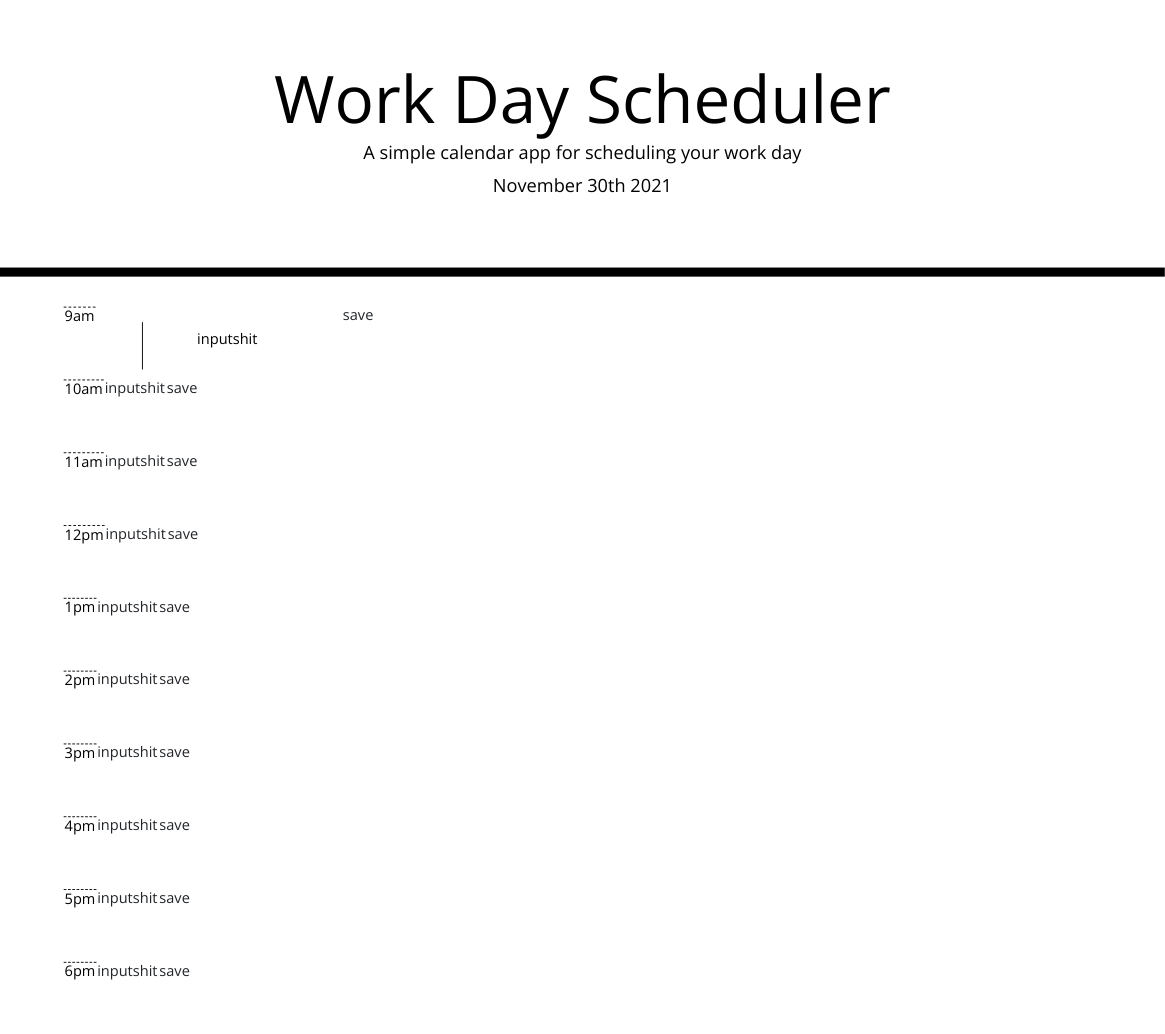
Repository: Naomilounsbury/work-day-scheduler
Page: index.html
These files come from the project's save history. The page is drawn as it stood at one moment and after the next save; the edit follows.
The browser window is 1280 px wide. The pictures show the whole page, at 91% of full size.
Some web libraries are served in a nearby version.

Above is the page before, as saved 2021-11-30 10:59:34.

### index.html
<!DOCTYPE html>
<html lang="en">
  <head>
    <meta charset="UTF-8" />
    <meta name="viewport" content="width=device-width, initial-scale=1.0" />
    <meta http-equiv="X-UA-Compatible" content="ie=edge" />
    <link
      rel="stylesheet"
      href="https://stackpath.bootstrapcdn.com/bootstrap/4.3.1/css/bootstrap.min.css"
    />
    <link
      rel="stylesheet"
      href="https://use.fontawesome.com/releases/v5.8.1/css/all.css"
      integrity="sha384-50oBUHEmvpQ+1lW4y57PTFmhCaXp0ML5d60M1M7uH2+nqUivzIebhndOJK28anvf"
      crossorigin="anonymous"
    />
    <link
      href="https://fonts.googleapis.com/css?family=Open+Sans&display=swap"
      rel="stylesheet"
    />
    <link rel="stylesheet" href="./assets/css/style.css" />
    <title>Work Day Scheduler</title>
  </head>

  <body>
    <header class="jumbotron">
      <h1 class="display-3">Work Day Scheduler</h1>
      <p class="lead">A simple calendar app for scheduling your work day</p>
      <p id="currentDay" class="lead"></p>
    </header>
    <div class="container">
      <!-- Timeblocks go here -->
      <table>
        <tr class="row">
          <td class="hour">9am</td>
          <td class="time-block" id="9">
            <textarea>
            inputshit
          </textarea>
          </td>
          <td>save</td>
        </tr>
        <tr class="row">
          <td class="hour">10am</td>
          <td>inputshit</td>
          <td>save</td>
        </tr>
        <tr class="row">
          <td class="hour">11am</td>
          <td>inputshit</td>
          <td>save</td>
        </tr>
        <tr class="row">
          <td class="hour">12pm</td>
          <td>inputshit</td>
          <td>save</td>
        </tr>
        <tr class="row">
          <td class="hour">1pm</td>
          <td>inputshit</td>
          <td>save</td>
        </tr>
        <tr class="row">
          <td class="hour">2pm</td>
          <td>inputshit</td>
          <td>save</td>
        </tr>
        <tr class="row">
          <td class="hour">3pm</td>
          <td>inputshit</td>
          <td>save</td>
        </tr>
        <tr class="row">
          <td class="hour">4pm</td>
          <td>inputshit</td>
          <td>save</td>
        </tr>
        <tr class="row">
          <td class="hour">5pm</td>
          <td>inputshit</td>
          <td>save</td>
        </tr>
        <tr class="row">
          <td class="hour">6pm</td>
          <td>inputshit</td>
          <td>save</td>
        </tr>
      </table>
    </div>

    <script src="https://code.jquery.com/jquery-3.4.1.min.js"></script>
    <script src="https://cdnjs.cloudflare.com/ajax/libs/moment.js/2.24.0/moment.min.js"></script>
    <script src="assets/js/script.js"></script>
</body>
</html>

### assets/css/style.css
body {
  font-family: 'Open Sans', sans-serif;
  font-size: 16px;
  line-height: 1;
}

textarea{
  background: transparent;
  border: none;
  resize: none;
  color: #000000;
  border-left: 1px solid black;
  padding: 10px;
}

.jumbotron {
  text-align: center;
  background-color: transparent;
  color: black;
  border-radius: 0;
  border-bottom: 10px solid black;
}

.description{
  white-space: pre-wrap;
}

.time-block{
  text-align: center;
  border-radius: 15px;
}

.row {
  white-space: pre-wrap;
  height: 80px;
  border-top: 1px solid white;;
}

.hour {
  background-color: #ffffff;
  color: #000000;
  border-top: 1px dashed #000000;
}

.past {
  background-color: #d3d3d3;
  color: white;
}

.present {
  background-color: #ff6961;
  color: white;
}

.future {
  background-color: #77dd77;
  color: white;
}

.saveBtn {
  border-left: 1px solid black;
  border-top-right-radius: 15px;
  border-bottom-right-radius: 15px;
  background-color: #06AED5;
  color: white;
}

.saveBtn i:hover {
  font-size: 20px;
  transition: all .3s ease-in-out;
}

### assets/js/script.js
//using moment to get the current time
currentTime = moment();
//connected it to the current day spot in the html
currentDayEl = document.querySelector("#currentDay");
var displayDate = currentTime.format('MMMM Do YYYY');
currentDayEl.innerText = displayDate
//going to get my timeblock element
timeBlockEl = document.querySelectorAll(".time-block");
//made a function called checkTime to check the current time to compare with the time on the scheduler
var checkTime = function(currentEl){
    //will maybe hit a block because will use 24 hours as ids but if the current time that I chose from moment is 12 hours they wont match up
    var timeBlock = moment().hour(parseInt(currentEl.id))
    console.log(timeBlock)
    //if the block hour id is less than the current time hour we return the class name past
    if (timeBlock.hour() < currentTime.hour()){
        return "past"
    }

    //if element is in the past return past
    //if element is in the future return future
    //if element is in the present return present
}
for(i=0; i<=timeBlockEl.length-1; i++){
    //timeblock elements already have the class timeblock. If we just replaced the class with future or present
    //it would erase the class, so we want to add to the class
    //check time returns the new class

    timeBlockEl[i].className = timeBlockEl[i].className + " " + checkTime(timeBlockEl[i])
console.log(checkTime(timeBlockEl[i]))
}

After the next save:
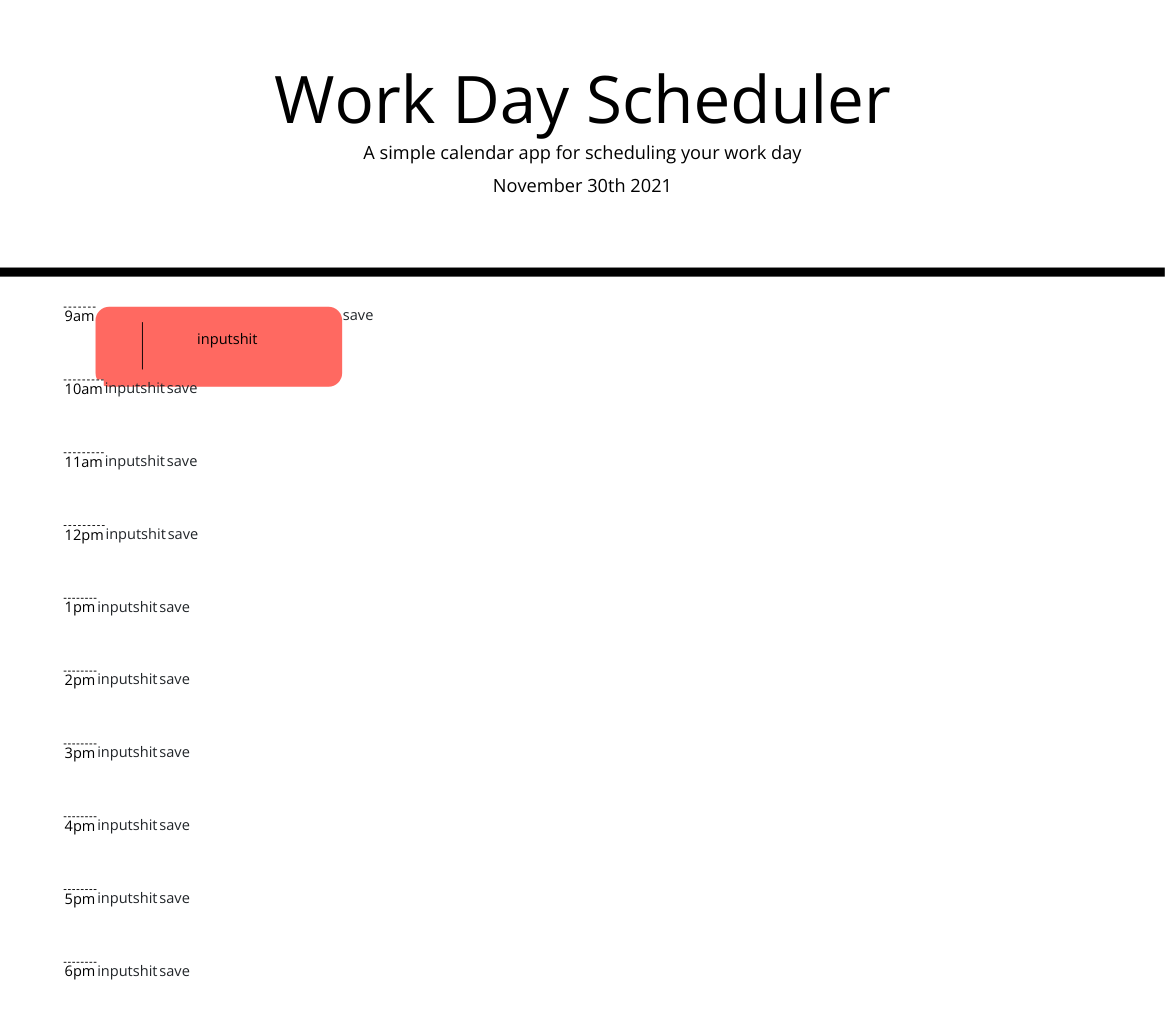
Saved 10 h 55 min later.
--- a/assets/js/script.js
+++ b/assets/js/script.js
@@ -15,6 +15,12 @@ var checkTime = function(currentEl){
     if (timeBlock.hour() < currentTime.hour()){
         return "past"
     }
+    if (timeBlock.hour() > currentTime.hour()){
+        return "future"
+    }
+    if (timeBlock.hour()=== currentTime.hour()){
+        return "present"
+    }
 
     //if element is in the past return past
     //if element is in the future return future
